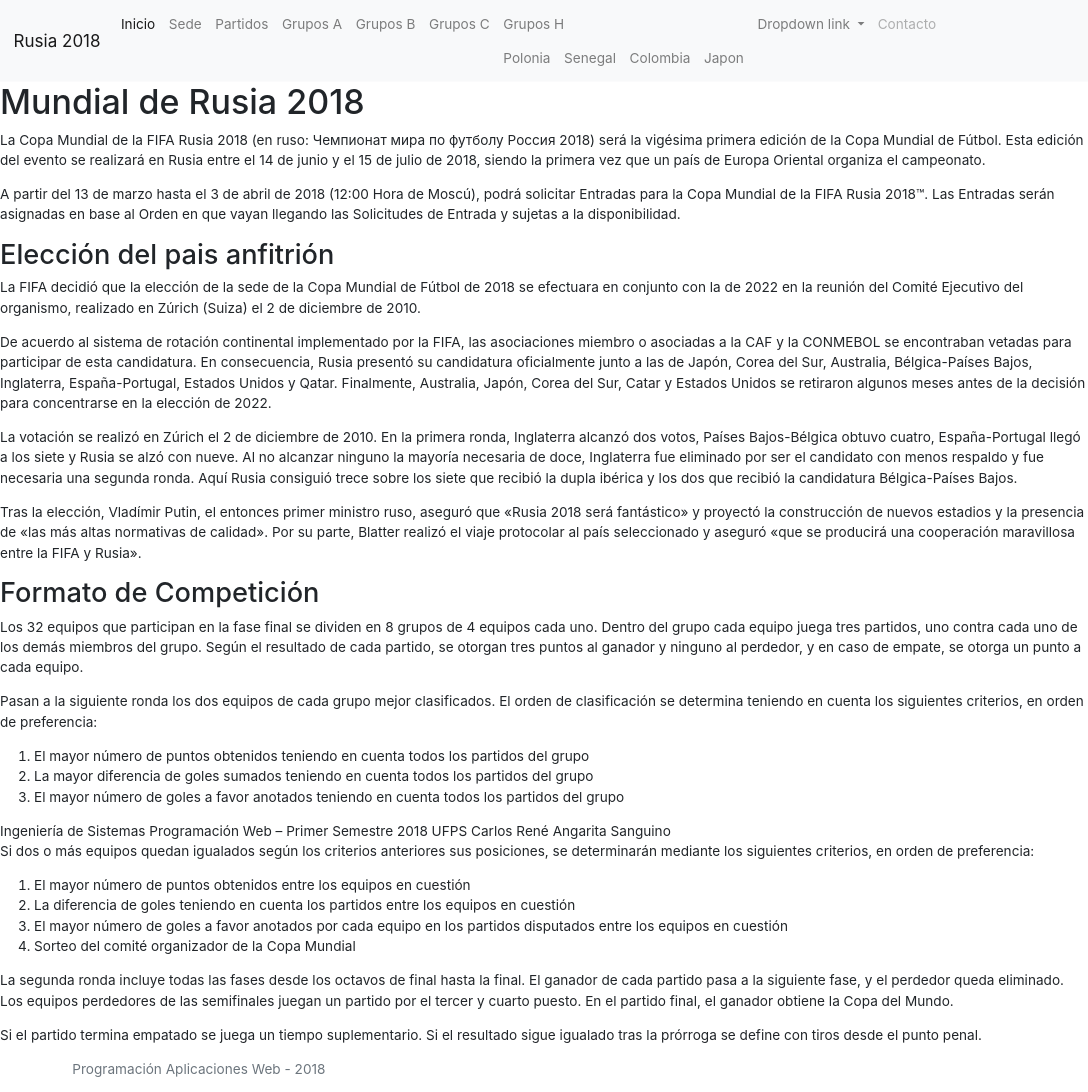
Repository: AndreyRi13/PracticaBootstrap
Page: index.html
An editor plug-in stored every save of this project. The page is shown before and after a run of saves, followed by the edit.
The browser window is 1280 px wide. The pictures show the whole page, at 85% of full size.

Above is the page before, as saved 2020-09-24 16:37:53.
Console error (its wording comes from the project's code and is left out).

### index.html
<!DOCTYPE html>
<html lang="en">
<head>
    <meta charset="UTF-8">
    <meta name="viewport" content="width=device-width, initial-scale=1.0">
    <link rel="stylesheet" href="https://stackpath.bootstrapcdn.com/bootstrap/4.5.2/css/bootstrap.min.css" integrity="sha384-JcKb8q3iqJ61gNV9KGb8thSsNjpSL0n8PARn9HuZOnIxN0hoP+VmmDGMN5t9UJ0Z" crossorigin="anonymous">
   <link rel="stylesheet" href="https://stackpath.bootstrapcdn.com/bootstrap/4.5.2/css/bootstrap.min.css" integrity="sha384-JcKb8q3iqJ61gNV9KGb8thSsNjpSL0n8PARn9HuZOnIxN0hoP+VmmDGMN5t9UJ0Z" crossorigin="anonymous">
   <link rel="stylesheet" href="https://stackpath.bootstrapcdn.com/bootstrap/4.5.2/css/bootstrap.min.css" integrity="sha384-JcKb8q3iqJ61gNV9KGb8thSsNjpSL0n8PARn9HuZOnIxN0hoP+VmmDGMN5t9UJ0Z" crossorigin="anonymous">
   <script src="https://stackpath.bootstrapcdn.com/bootstrap/4.5.2/js/bootstrap.min.js" integrity="sha384-B4gt1jrGC7Jh4AgTPSdUtOBvfO8shuf57BaghqFfPlYxofvL8/KUEfYiJOMMV+rV" crossorigin="anonymous"></script>
   <script src="https://code.jquery.com/jquery-3.5.1.slim.min.js" integrity="sha384-DfXdz2htPH0lsSSs5nCTpuj/zy4C+OGpamoFVy38MVBnE+IbbVYUew+OrCXaRkfj" crossorigin="anonymous"></script>
<script src="https://cdn.jsdelivr.net/npm/popper.js@1.16.1/dist/umd/popper.min.js" integrity="sha384-9/reFTGAW83EW2RDu2S0VKaIzap3H66lZH81PoYlFhbGU+6BZp6G7niu735Sk7lN" crossorigin="anonymous"></script>

<script src="https://ajax.googleapis.com/ajax/libs/jquery/1.12.4/jquery.min.js"></script>
<title>Practica Bootstrap</title>
</head>
<body>

    <nav class="navbar navbar-expand-lg navbar-light bg-light">
        <a class="navbar-brand" href="#">Rusia 2018</a>
        <button class="navbar-toggler" type="button" data-toggle="collapse" data-target="#navbarNav" aria-controls="navbarNav" aria-expanded="false" aria-label="Toggle navigation">
          <span class="navbar-toggler-icon"></span>
        </button>
        <div class="collapse navbar-collapse" id="navbarNav">
          <ul class="navbar-nav">
            <li class="nav-item active">
              <a class="nav-link" href="#">Inicio <span class="sr-only">(current)</span></a>
            </li>
            <li class="nav-item">
              <a class="nav-link" href="#">Sede</a>
            </li>
            <li class="nav-item">
              <a class="nav-link" href="#">Partidos</a>
            </li>
            <li class="nav-item"><a class="nav-link" href="#">Grupos A</a></li>
            <li class="nav-item"><a class="nav-link" href="#">Grupos B</a></li>
            <li class="nav-item"><a class="nav-link" href="#">Grupos C</a></li>
            <li class="nav-item"><a class="nav-link" href="#" class="">Grupos H</a>

                <ul class="navbar-nav">
                    <li class="nav-item"><a class="nav-link" href="#">Polonia</a></li>
                    <li class="nav-item"><a class="nav-link" href="#">Senegal</a></li>
                    <li class="nav-item"><a class="nav-link" href="#">Colombia</a></li>
                    <li class="nav-item"><a class="nav-link" href="#">Japon</a></li>

                </ul>


                <li class="nav-item dropdown">
                    <a class="nav-link dropdown-toggle" href="#" id="navbarDropdownMenuLink" role="button" data-toggle="dropdown" aria-haspopup="true" aria-expanded="false">
                      Dropdown link
                    </a>
                    <div class="dropdown-menu" aria-labelledby="navbarDropdownMenuLink">
                      <a class="dropdown-item" href="#">Action</a>
                      <a class="dropdown-item" href="#">Another action</a>
                      <a class="dropdown-item" href="#">Something else here</a>
                    </div>
                  </li>


            </li>
            <li class="nav-item">
              <a class="nav-link disabled" href="#" tabindex="-1" aria-disabled="true">Contacto</a>
            </li>
          </ul>
        </div>
      </nav>

        <script src="https://ajax.googleapis.com/ajax/libs/jquery/1.12.4/jquery.min.js"></script>

        <div class="page-header">
        <h1>Mundial de Rusia 2018</h1>
        </div>

        <div>
        <p>La Copa Mundial de la FIFA Rusia 2018 (en ruso: Чемпионат мира по футболу Россия
        2018) será la vigésima primera edición de la Copa Mundial de Fútbol. Esta edición del evento se
        realizará en Rusia entre el 14 de junio y el 15 de julio de 2018, siendo la primera vez que un país de
        Europa Oriental organiza el campeonato.</p>
        <p>A partir del 13 de marzo hasta el 3 de abril de 2018 (12:00 Hora de Moscú), podrá solicitar
        Entradas para la Copa Mundial de la FIFA Rusia 2018™. Las Entradas serán asignadas en base al
        Orden en que vayan llegando las Solicitudes de Entrada y sujetas a la disponibilidad.</p>
        <h2>Elección del pais anfitrión</h2>
        <p>La FIFA decidió que la elección de la sede de la Copa Mundial de Fútbol de 2018 se
        efectuara en conjunto con la de 2022 en la reunión del Comité Ejecutivo del organismo, realizado en
        Zúrich (Suiza) el 2 de diciembre de 2010.</p>
        <p>De acuerdo al sistema de rotación continental implementado por la FIFA, las asociaciones
        miembro o asociadas a la CAF y la CONMEBOL se encontraban vetadas para participar de esta
        candidatura. En consecuencia, Rusia presentó su candidatura oficialmente junto a las de Japón, Corea
        del Sur, Australia, Bélgica-Países Bajos, Inglaterra, España-Portugal, Estados Unidos y Qatar.
        Finalmente, Australia, Japón, Corea del Sur, Catar y Estados Unidos se retiraron algunos meses antes
        de la decisión para concentrarse en la elección de 2022.</p>
        <p>La votación se realizó en Zúrich el 2 de diciembre de 2010. En la primera ronda, Inglaterra
        alcanzó dos votos, Países Bajos-Bélgica obtuvo cuatro, España-Portugal llegó a los siete y Rusia se
        alzó con nueve. Al no alcanzar ninguno la mayoría necesaria de doce, Inglaterra fue eliminado por ser
        el candidato con menos respaldo y fue necesaria una segunda ronda. Aquí Rusia consiguió trece
        sobre los siete que recibió la dupla ibérica y los dos que recibió la candidatura Bélgica-Países
        Bajos.</p>
        <p>Tras la elección, Vladímir Putin, el entonces primer ministro ruso, aseguró que «Rusia
        2018 será fantástico» y proyectó la construcción de nuevos estadios y la presencia de «las más altas
        normativas de calidad». Por su parte, Blatter realizó el viaje protocolar al país seleccionado y aseguró
        «que se producirá una cooperación maravillosa entre la FIFA y Rusia».</p>
        <h2>Formato de Competición</h2>
        <p>Los 32 equipos que participan en la fase final se dividen en 8 grupos de 4 equipos cada
        uno. Dentro del grupo cada equipo juega tres partidos, uno contra cada uno de los demás miembros
        del grupo. Según el resultado de cada partido, se otorgan tres puntos al ganador y ninguno al
        perdedor, y en caso de empate, se otorga un punto a cada equipo.</p>
        <p>Pasan a la siguiente ronda los dos equipos de cada grupo mejor clasificados. El orden de
        clasificación se determina teniendo en cuenta los siguientes criterios, en orden de preferencia:</p>
        <ol>
        <li>El mayor número de puntos obtenidos teniendo en cuenta todos los partidos del
        grupo</li>
        <li>La mayor diferencia de goles sumados teniendo en cuenta todos los partidos del
        grupo</li>
        <li>El mayor número de goles a favor anotados teniendo en cuenta todos los partidos
        del grupo</li>
        </ol>
        Ingeniería de Sistemas Programación Web – Primer Semestre 2018
        UFPS
        Carlos René Angarita Sanguino
        <p>Si dos o más equipos quedan igualados según los criterios anteriores sus posiciones, se
        determinarán mediante los siguientes criterios, en orden de preferencia:</p>
        <ol>
        <li>El mayor número de puntos obtenidos entre los equipos en cuestión</li>
        <li>La diferencia de goles teniendo en cuenta los partidos entre los equipos en
        cuestión</li>
        <li>El mayor número de goles a favor anotados por cada equipo en los partidos
        disputados entre los equipos en cuestión</li>
        <li>Sorteo del comité organizador de la Copa Mundial</li>
        </ol>
        <p>La segunda ronda incluye todas las fases desde los octavos de final hasta la final. El
        ganador de cada partido pasa a la siguiente fase, y el perdedor queda eliminado. Los equipos
        perdedores de las semifinales juegan un partido por el tercer y cuarto puesto. En el partido final, el
        ganador obtiene la Copa del Mundo.</p>
        <p>Si el partido termina empatado se juega un tiempo suplementario. Si el resultado sigue
        igualado tras la prórroga se define con tiros desde el punto penal.</p>
        </div>
        <footer class="footer">
            <div class="container">
                <p class="text-muted">Programación Aplicaciones Web - 2018</p>
            </div>
        </footer>
        <script src="https://code.jquery.com/jquery-3.5.1.slim.min.js" integrity="sha384-DfXdz2htPH0lsSSs5nCTpuj/zy4C+OGpamoFVy38MVBnE+IbbVYUew+OrCXaRkfj" crossorigin="anonymous"></script>
        <script src="https://cdn.jsdelivr.net/npm/popper.js@1.16.1/dist/umd/popper.min.js" integrity="sha384-9/reFTGAW83EW2RDu2S0VKaIzap3H66lZH81PoYlFhbGU+6BZp6G7niu735Sk7lN" crossorigin="anonymous"></script>
        <script src="https://stackpath.bootstrapcdn.com/bootstrap/4.5.2/js/bootstrap.min.js" integrity="sha384-B4gt1jrGC7Jh4AgTPSdUtOBvfO8shuf57BaghqFfPlYxofvL8/KUEfYiJOMMV+rV" crossorigin="anonymous"></script>

</body>


</html>

After the next 2 saves:
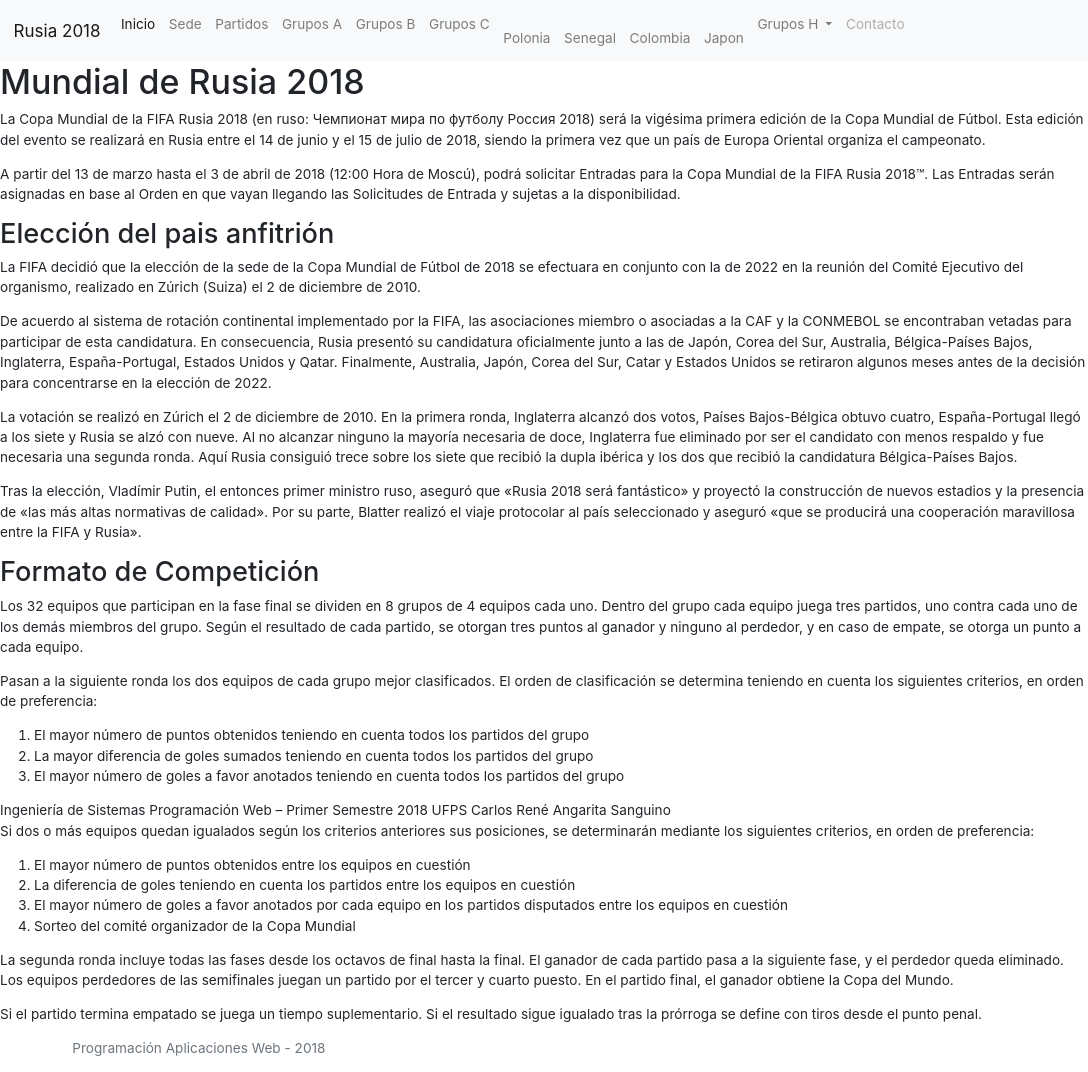
The 2 saves are shown as one change because they came seconds apart.
The last was saved 18 s later.
--- a/index.html
+++ b/index.html
@@ -34,7 +34,7 @@
             <li class="nav-item"><a class="nav-link" href="#">Grupos A</a></li>
             <li class="nav-item"><a class="nav-link" href="#">Grupos B</a></li>
             <li class="nav-item"><a class="nav-link" href="#">Grupos C</a></li>
-            <li class="nav-item"><a class="nav-link" href="#" class="">Grupos H</a>
+            <li class="nav-item"><a class="nav-link" href="#" class=""></a>
 
                 <ul class="navbar-nav">
                     <li class="nav-item"><a class="nav-link" href="#">Polonia</a></li>
@@ -47,7 +47,7 @@
 
                 <li class="nav-item dropdown">
                     <a class="nav-link dropdown-toggle" href="#" id="navbarDropdownMenuLink" role="button" data-toggle="dropdown" aria-haspopup="true" aria-expanded="false">
-                      Dropdown link
+                        Grupos H
                     </a>
                     <div class="dropdown-menu" aria-labelledby="navbarDropdownMenuLink">
                       <a class="dropdown-item" href="#">Action</a>
